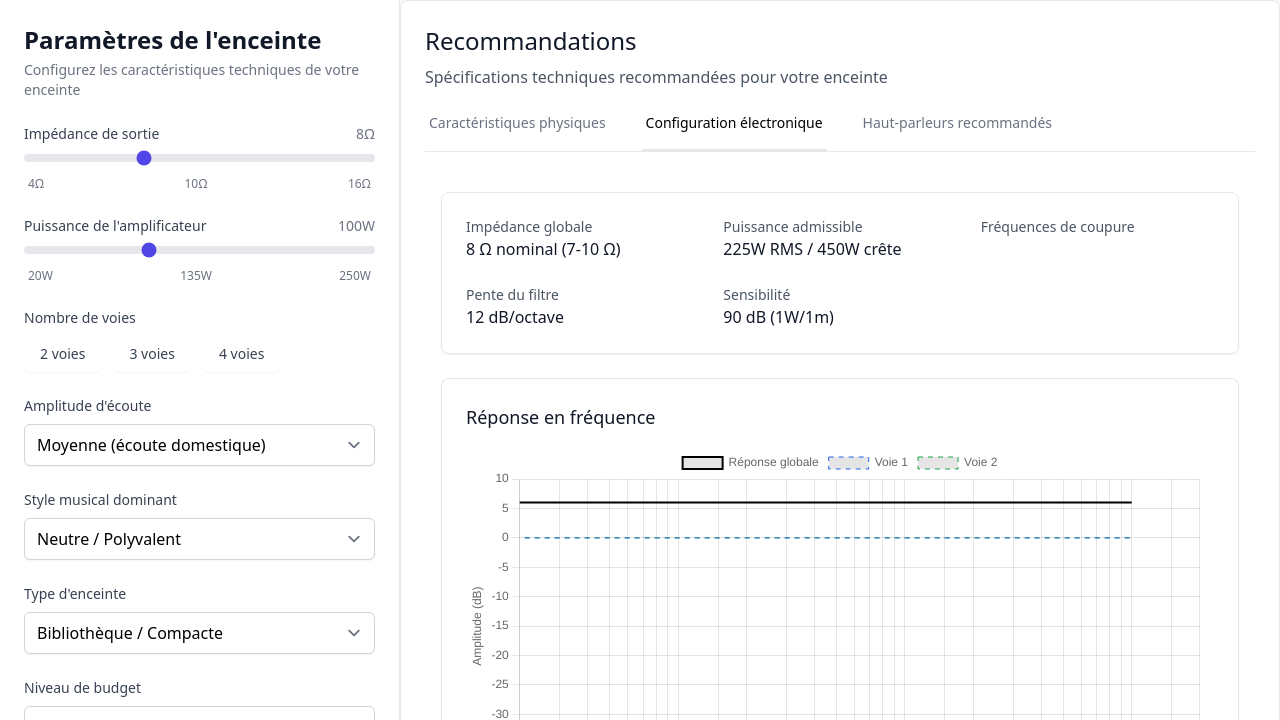
Repository: flobutbut/AcuoTune
Page: /, after clicking the first element matching `nav.flex > :nth-child(2)`
The author's editor kept a copy of each file at every save. The page is drawn from the files as they stood at one save, then again after the next save.
The browser window is 1280 px wide. The pictures show the whole page.
An inner scrolling area shows only its first screen. The project was rebuilt for these pictures with package versions that can differ from the ones it lists, and the page was loaded fresh each time. Also part of the build but not shown: vite.config.ts, src/components/configurateur/recommendations/SpeakersTab.vue.

Above is the page before, as saved 2025-02-28 14:36:57.

### src/main.ts
import './assets/main.css'

import { createApp } from 'vue'
import { createPinia } from 'pinia'
import App from './App.vue'
import router from './router'

// Pour le débogage
console.log('Initializing app...')

const app = createApp(App)
const pinia = createPinia()

// Pour le débogage
app.config.errorHandler = (err, instance, info) => {
  console.error('Vue Error:', err)
  console.log('Component:', instance)
  console.log('Info:', info)
}

app.use(pinia)
app.use(router)

app.mount('#app')

// Pour le débogage
console.log('App mounted')

### src/App.vue
<script setup lang="ts">
import { RouterView } from 'vue-router'
</script>

<template>
  <RouterView />
</template>

<style>
#app {
  height: 100vh;
  width: 100vw;
}
</style>

### src/router/index.ts
import { createRouter, createWebHashHistory } from 'vue-router'
import ConfigurateurView from '../views/ConfigurateurView.vue'

const base = process.env.NODE_ENV === 'production' ? '/AcuoTune/' : '/'

const router = createRouter({
  history: createWebHashHistory(base),
  routes: [
    {
      path: '/',
      name: 'home',
      component: ConfigurateurView
    }
  ]
})

export default router

### src/views/ConfigurateurView.vue
<script setup lang="ts">
import ConfigurationPanel from '@/components/configurateur/ConfigurationPanel.vue'
import RecommendationsPanel from '@/components/configurateur/RecommendationsPanel.vue'
</script>

<template>
  <div class="flex h-screen bg-gray-50">
    <!-- Colonne de gauche - Configuration -->
    <div class="w-[400px] min-w-[400px] overflow-y-auto border-r border-gray-200 bg-white">
      <ConfigurationPanel />
    </div>

    <!-- Colonne de droite - Recommandations -->
    <div class="flex-1 overflow-y-auto">
      <RecommendationsPanel />
    </div>
  </div>
</template>

<style>
/* Supprimer les marges par défaut */
body {
  margin: 0;
  padding: 0;
}

/* Assurer que l'app prend toute la hauteur */
#app {
  height: 100vh;
}
</style>

### src/components/configurateur/RecommendationsPanel.vue
<script setup lang="ts">
import { ref } from 'vue'
import PhysicalTab from './recommendations/PhysicalTab.vue'
import ElectronicTab from './recommendations/ElectronicTab.vue'
import SpeakersTab from './recommendations/SpeakersTab.vue'

const activeTab = ref('physique')

// Données temporaires pour test
const physicalRecommendations = {
  volume: '30L',
  dimensions: {
    height: '80cm',
    width: '30cm',
    depth: '40cm'
  },
  materials: ['MDF 19mm', 'Contreplaqué bouleau 18mm'],
  portType: 'Bass-reflex',
  port: {
    surface: '50cm²',
    length: '15cm',
    diameter: '8cm',
    tuningFreq: '35Hz'
  }
}

const electronicRecommendations = {
  impedance: '8Ω',
  power: '100W RMS',
  crossoverFreqs: ['500Hz', '3.5kHz'],
  filterSlope: '12dB/octave',
  efficiency: '89dB'
}

const speakerRecommendations = [
  {
    type: 'Grave',
    impedance: '8Ω',
    power: '100W RMS',
    sensitivity: '89dB'
  },
  {
    type: 'Médium',
    impedance: '8Ω',
    power: '50W RMS',
    sensitivity: '91dB'
  },
  {
    type: 'Aigu',
    impedance: '8Ω',
    power: '25W RMS',
    sensitivity: '92dB'
  }
]
</script>

<template>
  <div class="w-full bg-white rounded-lg shadow-sm border border-gray-200">
    <div class="p-6">
      <h2 class="text-2xl font-medium text-gray-900 mb-2">Recommandations</h2>
      <p class="text-gray-600 mb-6">Spécifications techniques recommandées pour votre enceinte</p>

      <!-- Onglets -->
      <div class="border-b border-gray-200">
        <nav class="flex space-x-8" aria-label="Tabs">
          <button
            v-for="tab in ['physique', 'electronique', 'hautparleurs']"
            :key="tab"
            @click="activeTab = tab"
            :class="[
              'pb-4 px-1 font-medium text-sm border-b-2 transition-colors',
              activeTab === tab
                ? 'border-primary-600 text-primary-600'
                : 'border-transparent text-gray-500 hover:text-gray-700 hover:border-gray-300'
            ]"
          >
            {{ tab === 'physique' ? 'Caractéristiques physiques' :
               tab === 'electronique' ? 'Configuration électronique' :
               'Haut-parleurs recommandés' }}
          </button>
        </nav>
      </div>

      <!-- Contenu des onglets -->
      <div class="mt-6">
        <PhysicalTab v-if="activeTab === 'physique'" />
        <ElectronicTab v-if="activeTab === 'electronique'" />
        <SpeakersTab v-if="activeTab === 'hautparleurs'" />
      </div>
    </div>
  </div>
</template>

### src/components/configurateur/controls/RangeInput.vue
<script setup lang="ts">
defineProps<{
  label: string
  name: string
  value: number
  min: number
  max: number
  step: number
  unit?: string
}>()

defineEmits<{
  (e: 'update', event: Event): void
}>()
</script>

<template>
  <div class="space-y-2">
    <!-- Label et valeur actuelle -->
    <div class="flex justify-between items-center">
      <label :for="name" class="block text-sm font-medium text-gray-700">
        {{ label }}
      </label>
      <span class="text-sm text-gray-500">
        {{ value }}{{ unit }}
      </span>
    </div>

    <!-- Input range -->
    <input
      :id="name"
      type="range"
      :name="name"
      :min="min"
      :max="max"
      :step="step"
      :value="value"
      @input="$emit('update', $event)"
      class="w-full h-2 bg-gray-200 rounded-lg appearance-none cursor-pointer
             dark:bg-gray-700 accent-indigo-600 focus:outline-none focus:ring-2
             focus:ring-indigo-500 focus:ring-offset-2"
    />

    <!-- Valeurs min/max -->
    <div class="flex justify-between px-1">
      <span class="text-xs text-gray-500">{{ min }}{{ unit }}</span>
      <span class="text-xs text-gray-500">{{ Math.round((max + min) / 2) }}{{ unit }}</span>
      <span class="text-xs text-gray-500">{{ max }}{{ unit }}</span>
    </div>
  </div>
</template>

### src/components/configurateur/controls/SelectInput.vue
<script setup lang="ts">
interface Option {
  value: string
  label: string
}

defineProps<{
  label: string
  name: string
  value: string
  options: Option[]
}>()

defineEmits<{
  (e: 'update', event: Event): void
}>()
</script>

<template>
  <div class="space-y-2">
    <label :for="name" class="block text-sm font-medium text-gray-700">
      {{ label }}
    </label>
    <select
      :id="name"
      :name="name"
      :value="value"
      @change="$emit('update', $event)"
      class="mt-1 block w-full rounded-md border-gray-300 py-2 pl-3 pr-10 text-base
             focus:border-indigo-500 focus:outline-none focus:ring-indigo-500
             bg-white shadow-sm"
    >
      <option
        v-for="option in options"
        :key="option.value"
        :value="option.value"
        class="text-gray-900"
      >
        {{ option.label }}
      </option>
    </select>
  </div>
</template>

### src/constants/configurateur.ts
export const IMPEDANCE_OPTIONS = {
  min: 4,
  max: 16,
  step: 4
}

export const PUISSANCE_OPTIONS = {
  min: 20,
  max: 250,
  step: 10
}

export const AMPLITUDE_ECOUTE_OPTIONS = [
  { value: 'faible', label: 'Faible (écoute de proximité)' },
  { value: 'moyenne', label: 'Moyenne (écoute domestique)' },
  { value: 'forte', label: 'Forte (home-cinéma, fêtes)' }
]

export const STYLE_MUSICAL_OPTIONS = [
  { value: 'neutre', label: 'Neutre / Polyvalent' },
  { value: 'hifi', label: 'Hi-Fi / Audiophile' },
  { value: 'bass', label: 'Bass heavy (Electronic, Hip-hop)' },
  { value: 'acoustique', label: 'Acoustique / Classique' }
]

export const TYPE_ENCEINTE_OPTIONS = [
  { value: 'bibliothèque', label: 'Bibliothèque / Compacte' },
  { value: 'colonne', label: 'Colonne' },
  { value: 'monitoring', label: 'Monitoring' }
]

export const BUDGET_NIVEAU_OPTIONS = [
  { value: 'économique', label: 'Économique' },
  { value: 'moyen', label: 'Moyen' },
  { value: 'élevé', label: 'Élevé' }
]

export const DISTANCE_MUR_OPTIONS = [
  { value: 'proche', label: 'Proche (< 20cm)' },
  { value: 'moyenne', label: 'Moyenne (20-40cm)' },
  { value: 'éloignée', label: 'Éloignée (> 40cm)' }
]

export const UTILISATION_OPTIONS = [
  { value: 'musique', label: 'Musique' },
  { value: 'homecinema', label: 'Home-cinéma' },
  { value: 'mixte', label: 'Mixte (Musique + Home-cinéma)' },
  { value: 'studio', label: 'Production / Mixage studio' }
]

export const TYPE_CHARGE_OPTIONS = [
  { value: 'clos', label: 'Clos' },
  { value: 'bass-reflex', label: 'Bass-reflex' },
  { value: 'double-bass-reflex', label: 'Double Bass-reflex' }
]

export const PENTE_FILTRE_OPTIONS = [
  { value: '12', label: '12 dB/octave' },
  { value: '18', label: '18 dB/octave' },
  { value: '24', label: '24 dB/octave' }
]

export const FACTEUR_QUALITE_OPTIONS = [
  { value: '0.5', label: 'Q = 0.5 (Sous-amorti)' },
  { value: '0.707', label: 'Q = 0.707 (Butterworth)' },
  { value: '1.0', label: 'Q = 1.0 (Sur-amorti)' }
]

### src/components/configurateur/recommendations/ElectronicTab.vue
<script setup lang="ts">
import { computed } from 'vue'
import { useConfigurateurStore } from '@/stores/configurateur'
import { calculateElectronic } from '@/utils/calculations/electronic'
import { calculateAcoustic } from '@/utils/calculations/acoustic'
import FrequencyResponseChart from '../FrequencyResponseChart.vue'

const store = useConfigurateurStore()

const electronicRecommendations = computed(() => {
  if (!store.config) return null
  const acousticParams = calculateAcoustic(store.config)
  return calculateElectronic(store.config, acousticParams)
})
</script>

<template>
  <div class="space-y-6 p-4">
    <div v-if="electronicRecommendations" class="space-y-6">
      <!-- Panneau des paramètres -->
      <div class="bg-white rounded-lg shadow-sm border border-gray-200 p-6">
        <div class="grid grid-cols-2 md:grid-cols-3 gap-6">
          <div v-for="(value, key) in [
            { label: 'Impédance globale', value: electronicRecommendations.impedanceGlobale },
            { label: 'Puissance admissible', value: electronicRecommendations.puissanceAdmissible },
            { label: 'Fréquences de coupure', value: electronicRecommendations.frequencesCoupure.join(' / ') },
            { label: 'Pente du filtre', value: electronicRecommendations.penteFiltre },
            { label: 'Sensibilité', value: electronicRecommendations.sensibilite }
          ]" :key="key" class="group">
            <div class="text-sm text-gray-600 group-hover:text-gray-800 transition-colors">{{ value.label }}</div>
            <div class="font-medium text-gray-900">{{ value.value }}</div>
          </div>
        </div>
      </div>

      <!-- Graphique -->
      <div class="bg-white rounded-lg shadow-sm border border-gray-200 p-6">
        <h3 class="text-lg font-medium text-gray-900 mb-4">Réponse en fréquence</h3>
        <div class="h-[400px] w-full">
          <FrequencyResponseChart
            :config="store.config"
            :electronic-params="electronicRecommendations"
          />
        </div>
      </div>
    </div>

    <div v-else class="flex items-center justify-center h-48 bg-gray-50 rounded-lg">
      <div class="text-gray-500">
        <svg class="w-8 h-8 mx-auto mb-2 animate-spin" viewBox="0 0 24 24" fill="none">
          <circle class="opacity-25" cx="12" cy="12" r="10" stroke="currentColor" stroke-width="4"/>
          <path class="opacity-75" fill="currentColor" d="M4 12a8 8 0 018-8V0C5.373 0 0 5.373 0 12h4z"/>
        </svg>
        <span>Chargement des recommandations...</span>
      </div>
    </div>
  </div>
</template>

### src/utils/calculations/electronic.ts
import type { Config } from '@/types/configurateur'
import type { ElectronicRecommendation } from '@/types/configurateur'

interface AcousticResult {
  volumeOptimal: number
  frequenceAccord: number
  facteurQualite: number
  frequenceResonance: number
  rendementBasse: number
  puissanceMax: number
}

export function calculateElectronic(config: Config, acoustic: AcousticResult): ElectronicRecommendation {
  console.log('Calculating electronic parameters for:', { config, acoustic })

  // Calcul des fréquences de coupure
  const frequencesCoupure = calculateCrossoverFrequencies(config)

  // Calcul de la pente des filtres
  const penteFiltre = calculateFilterSlope(config)

  // Calcul de l'impédance globale
  const impedanceGlobale = calculateGlobalImpedance(config)

  // Calcul de la puissance admissible
  const puissanceAdmissible = calculateAdmissiblePower(acoustic.puissanceMax)

  // Calcul de la sensibilité globale
  const sensibilite = calculateGlobalSensitivity(config, acoustic)

  const result: ElectronicRecommendation = {
    frequencesCoupure,
    penteFiltre,
    impedanceGlobale,
    puissanceAdmissible,
    sensibilite
  }

  console.log('Electronic calculation result:', result)
  return result
}

function calculateCrossoverFrequencies(config: Config): string[] {
  // Si mode avancé et fréquences manuelles définies, les utiliser
  if (config.showAdvanced && config.freqCoupureManuelle.length > 0) {
    return config.freqCoupureManuelle.map(freq => `${freq} Hz`)
  }

  // Sinon, calculer les fréquences recommandées
  const freqs: number[] = []
  switch (config.nombreVoies) {
    case 2:
      freqs.push(config.styleMusical === 'bass' ? 2500 : 3000)
      break
    case 3:
      freqs.push(
        config.styleMusical === 'bass' ? 400 : 500,
        config.styleMusical === 'bass' ? 2500 : 3000
      )
      break
    case 4:
      freqs.push(
        config.styleMusical === 'bass' ? 200 : 250,
        config.styleMusical === 'bass' ? 800 : 1000,
        config.styleMusical === 'bass' ? 2500 : 3000
      )
      break
  }
  return freqs.map(freq => `${freq} Hz`)
}

function calculateFilterSlope(config: Config): string {
  // Si mode avancé, utiliser la pente configurée
  if (config.showAdvanced) {
    return `${config.penteFiltre} dB/octave`
  }

  // Sinon, déterminer la pente recommandée
  if (config.budgetNiveau === 'élevé' || config.styleMusical === 'hifi') {
    return '24 dB/octave'
  } else if (config.nombreVoies >= 3) {
    return '18 dB/octave'
  }
  return '12 dB/octave'
}

function calculateGlobalImpedance(config: Config): string {
  // Calcul de l'impédance nominale
  let impedance = config.impedance

  // Ajustements selon le nombre de voies
  if (config.nombreVoies >= 3) {
    impedance = Math.max(4, impedance - 2)
  }

  return `${impedance} Ω nominal (${impedance - 1}-${impedance + 2} Ω)`
}

function calculateAdmissiblePower(maxPower: number): string {
  const rms = Math.round(maxPower)
  const peak = Math.round(maxPower * 2)
  return `${rms}W RMS / ${peak}W crête`
}

function calculateGlobalSensitivity(config: Config, acoustic: AcousticResult): string {
  // Sensibilité de base selon le rendement calculé
  let sensitivity = acoustic.rendementBasse

  // Ajustements selon l'amplitude d'écoute
  const sensAdjust = {
    'faible': -2,
    'moyenne': 0,
    'forte': +2
  }
  sensitivity += sensAdjust[config.amplitudeEcoute as keyof typeof sensAdjust] || 0

  // Ajustements selon le nombre de voies
  sensitivity += (config.nombreVoies - 2) * 0.5

  return `${Math.round(sensitivity)} dB (1W/1m)`
}

### src/components/configurateur/FrequencyResponseChart.vue
<script setup lang="ts">
import { onMounted, watch, ref, onUnmounted } from 'vue'
import Chart from 'chart.js/auto'
import { calculateVoiceResponse, calculateGlobalResponse } from '@/utils/calculations/frequency-response'
import type { Config } from '@/types/configurateur'

const props = defineProps<{
  config: Config
  electronicParams: any
}>()

const chartCanvas = ref<HTMLCanvasElement | null>(null)
let frequencyChart: Chart | null = null

function generateChartData() {
  console.log('Generating chart data with config:', props.config)
  console.log('Electronic params:', props.electronicParams)

  const frequencies = []
  const voieDatasets = []
  const nombreVoies = parseInt(props.config.nombreVoies)

  // Initialisation des tableaux pour chaque voie
  const voieResponses = Array.from({ length: nombreVoies }, () => [])
  const globalResponses = []

  // Génération des fréquences
  for (let i = 0; i <= 400; i++) {
    const f = Math.round(10 * Math.pow(10, i * 3 / 400))
    if (f <= 20000) {
      frequencies.push(f)

      // Calcul pour chaque voie
      const currentVoiceResponses = []
      for (let v = 0; v < nombreVoies; v++) {
        const response = calculateVoiceResponse(f, v, props.config, props.electronicParams)
        voieResponses[v].push(response)
        currentVoiceResponses.push(response)
      }

      // Calcul de la réponse globale
      const globalResponse = calculateGlobalResponse(f, currentVoiceResponses)
      globalResponses.push(globalResponse)
    }
  }

  console.log('Voice responses:', voieResponses)
  console.log('Global responses:', globalResponses)

  // Création des datasets pour chaque voie
  const voieColors = ['#2563eb', '#16a34a', '#dc2626', '#9333ea']
  for (let v = 0; v < nombreVoies; v++) {
    voieDatasets.push({
      label: `Voie ${v + 1}`,
      data: frequencies.map((f, i) => ({
        x: f,
        y: voieResponses[v][i]
      })),
      borderColor: voieColors[v],
      borderDash: [5, 5],
      borderWidth: 1,
      fill: false,
      tension: 0.4,
      pointRadius: 0
    })
  }

  // Dataset pour la réponse globale
  const globalDataset = {
    label: 'Réponse globale',
    data: frequencies.map((f, i) => ({
      x: f,
      y: globalResponses[i]
    })),
    borderColor: '#000000',
    borderWidth: 2,
    fill: false,
    tension: 0.4,
    pointRadius: 0,
    order: -1 // Pour s'assurer que la courbe globale est au-dessus
  }

  return {
    voieDatasets,
    globalDataset
  }
}

function createChart() {
  if (!chartCanvas.value) return
  const ctx = chartCanvas.value.getContext('2d')
  if (!ctx) return

  const { voieDatasets, globalDataset } = generateChartData()

  if (frequencyChart) {
    frequencyChart.destroy()
  }

  frequencyChart = new Chart(ctx, {
    type: 'line',
    data: {
      datasets: [...voieDatasets, globalDataset]
    },
    options: {
      responsive: true,
      maintainAspectRatio: false,
      scales: {
        x: {
          type: 'logarithmic',
          min: 20,
          max: 20000,
          title: {
            display: true,
            text: 'Fréquence (Hz)'
          }
        },
        y: {
          min: -40,
          max: 10,
          title: {
            display: true,
            text: 'Amplitude (dB)'
          }
        }
      },
      plugins: {
        legend: {
          display: true,
          position: 'top'
        }
      }
    }
  })
}

onMounted(() => {
  createChart()
})

watch([() => props.config, () => props.electronicParams], () => {
  createChart()
}, { deep: true })

onUnmounted(() => {
  if (frequencyChart) {
    frequencyChart.destroy()
  }
})
</script>

<template>
  <div style="height: 400px">
    <canvas ref="chartCanvas"></canvas>
  </div>
</template>

<style scoped>
canvas {
  background-color: white;
}
</style>

Loaded but not shown: index.html (common file); src/assets/main.css (common file); tailwind.config.js (13 lines, source omitted); src/utils/calculations/acoustic.ts (372 lines, source omitted); src/components/configurateur/ConfigurationPanel.vue (237 lines, source omitted); src/utils/calculations/physical.ts (240 lines, source omitted); src/utils/calculations/frequency-response.ts (203 lines, source omitted); src/stores/configurateur.ts (167 lines, source omitted); src/components/configurateur/recommendations/PhysicalTab.vue (104 lines, source omitted)

After the next save:
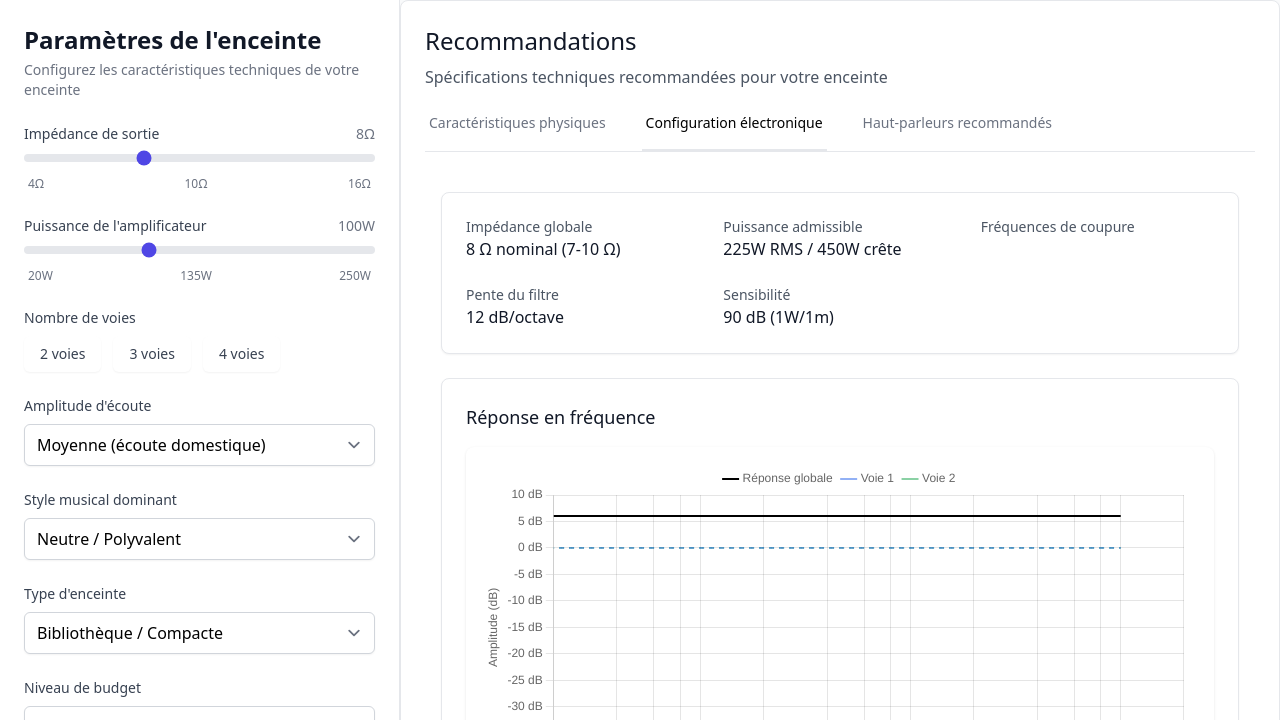
Saved 2 min 37 s later.
--- a/src/components/configurateur/FrequencyResponseChart.vue
+++ b/src/components/configurateur/FrequencyResponseChart.vue
@@ -113,6 +113,14 @@ function createChart() {
           title: {
             display: true,
             text: 'Fréquence (Hz)'
+          },
+          ticks: {
+            callback: (value: any) => {
+              if ([20, 50, 100, 200, 500, 1000, 2000, 5000, 10000, 20000].includes(value)) {
+                return value
+              }
+              return ''
+            }
           }
         },
         y: {
@@ -121,13 +129,35 @@ function createChart() {
           title: {
             display: true,
             text: 'Amplitude (dB)'
+          },
+          ticks: {
+            stepSize: 5,
+            callback: (value: any) => `${value} dB`
           }
         }
       },
       plugins: {
         legend: {
           display: true,
-          position: 'top'
+          position: 'top',
+          labels: {
+            usePointStyle: true,
+            pointStyle: 'line'
+          }
+        },
+        tooltip: {
+          mode: 'index',
+          intersect: false,
+          callbacks: {
+            label: function(context: any) {
+              return `${context.dataset.label}: ${context.parsed.y.toFixed(1)} dB @ ${context.parsed.x} Hz`
+            }
+          }
+        }
+      },
+      elements: {
+        line: {
+          tension: 0.4 // Pour des courbes plus douces
         }
       }
     }
@@ -150,13 +180,16 @@ onUnmounted(() => {
 </script>
 
 <template>
-  <div style="height: 400px">
+  <div class="frequency-response-chart" style="height: 400px; width: 100%">
     <canvas ref="chartCanvas"></canvas>
   </div>
 </template>
 
 <style scoped>
-canvas {
+.frequency-response-chart {
   background-color: white;
+  padding: 1rem;
+  border-radius: 0.5rem;
+  box-shadow: 0 1px 3px rgba(0, 0, 0, 0.1);
 }
 </style>
